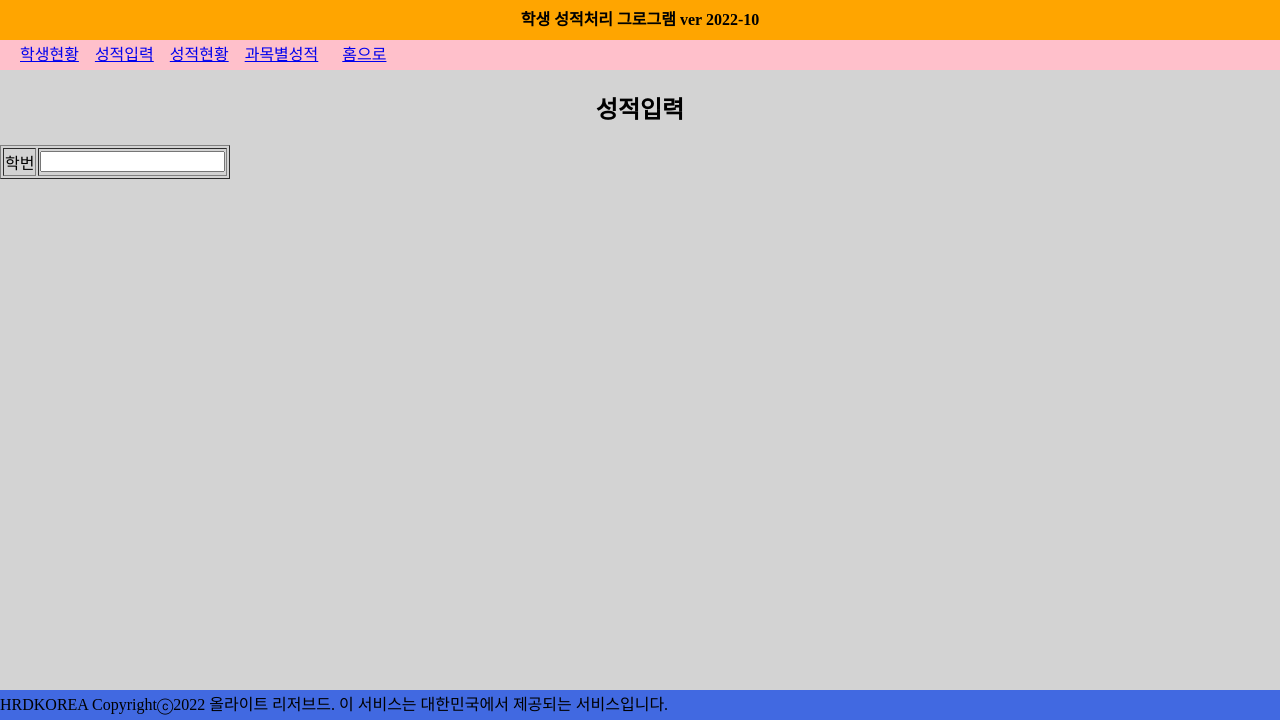
Repository: GotChun/license_practice
Page: http://localhost/HRD_0525/insert.jsp
These files come from the project's save history. The page is drawn as it stood at one moment and after the next save; the edit follows.
The browser window is 1280 px wide. The pictures show the whole page.
The page is served by Tomcat 9.

Above is the page before, as saved 2025-02-22 13:10:32.

### HRD_0525/src/main/webapp/insert.jsp
<%@ page language="java" contentType="text/html; charset=UTF-8"
    pageEncoding="UTF-8"%>
<!DOCTYPE html>
<html>
<head>
<meta charset="UTF-8">
<title>Insert title here</title>
</head>
<body>
<jsp:include page="header.jsp"></jsp:include>

<section style="position:fixed; top:70px; left:0px; width:100%; height:100%; background-color:lightgray;">
<h2 style="text-align:center;"> 성적입력</h2>
<form action="">
<table border="1">
	<tr>
		<td>학번</td>
		<td><input type="text" name="sid"> </td>
	</tr>
</table>
</form>

</section>

<jsp:include page="footer.jsp"></jsp:include>
</body>
</html>

### HRD_0525/src/main/webapp/header.jsp
<%@ page language="java" contentType="text/html; charset=UTF-8"
    pageEncoding="UTF-8"%>
<!DOCTYPE html>
<html>
<head>
<meta charset="UTF-8">
<title>header</title>
</head>
<body>
	<header
		style="position: fixed; top: 0; left:0px; width: 100%; height: 40px; line-height: 40px; background-color: orange; text-align: center">
		<b>학생 성적처리 그로그램 ver 2022-10</b>
	</header>

	<nav style="position:fixed; top:40px; left:0px; width:100%; height:30px; line-height:30px; background-color: pink; padding-left:20px; ">
		<a href="slist.jsp">학생현황</a> &nbsp;&nbsp;
		<a href="insert.jsp">성적입력</a> &nbsp;&nbsp;
		<a href="jumlist.jsp">성적현황</a> &nbsp;&nbsp;
		<a href="search.jsp">과목별성적</a> &nbsp;&nbsp;&nbsp;&nbsp;
		<a href="index.jsp">홈으로</a>
	</nav>
</body>
</html>

### HRD_0525/src/main/webapp/footer.jsp
<%@ page language="java" contentType="text/html; charset=UTF-8"
    pageEncoding="UTF-8"%>
<!DOCTYPE html>
<html>
<head>
<meta charset="UTF-8">
<title>footer</title>
</head>
<body>
<footer style="position:fixed; bottom:0;left:0; width:100%; height:30px; line-height:30px; background-color: royalblue;">
HRDKOREA Copyrightⓒ2022 올라이트 리저브드. 이 서비스는 대한민국에서 제공되는 서비스입니다.
</footer>
</body>
</html>

After the next save:
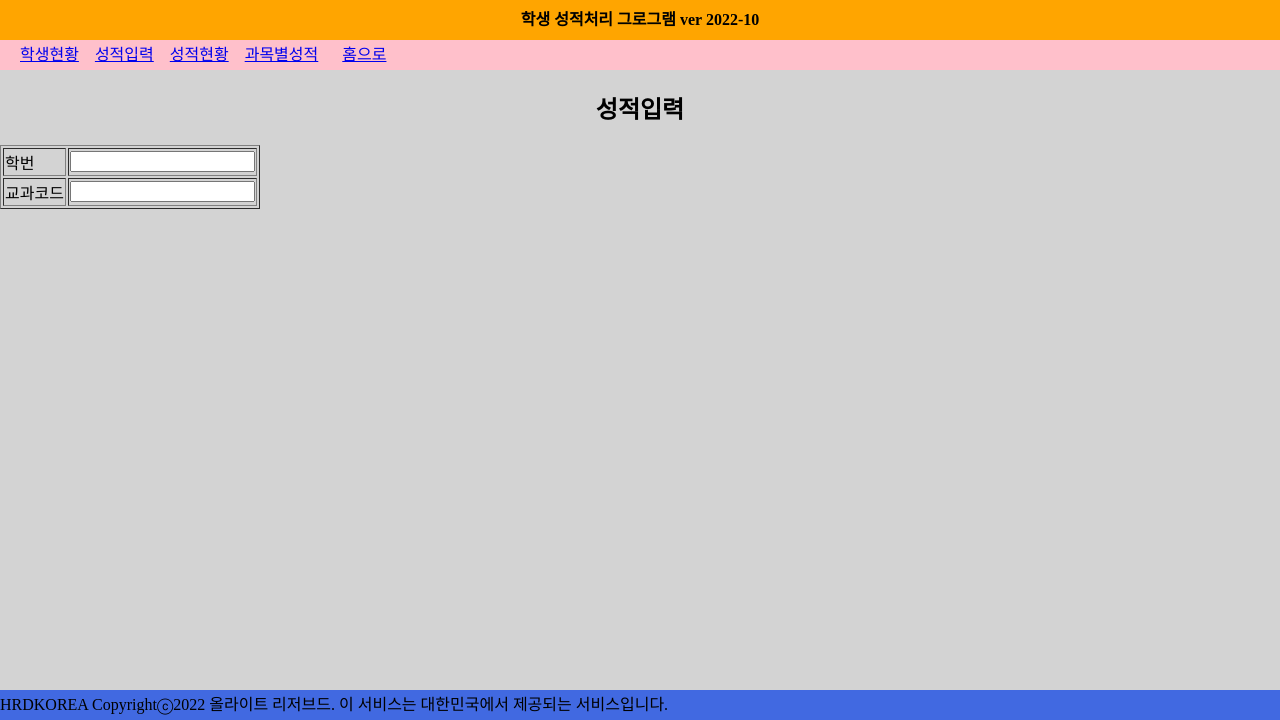
Saved 16 s later.
--- a/HRD_0525/src/main/webapp/insert.jsp
+++ b/HRD_0525/src/main/webapp/insert.jsp
@@ -17,6 +17,10 @@
 		<td>학번</td>
 		<td><input type="text" name="sid"> </td>
 	</tr>
+	<tr>
+		<td>교과코드</td>
+		<td><input type="text" name="sid"> </td>
+	</tr>
 </table>
 </form>
 
